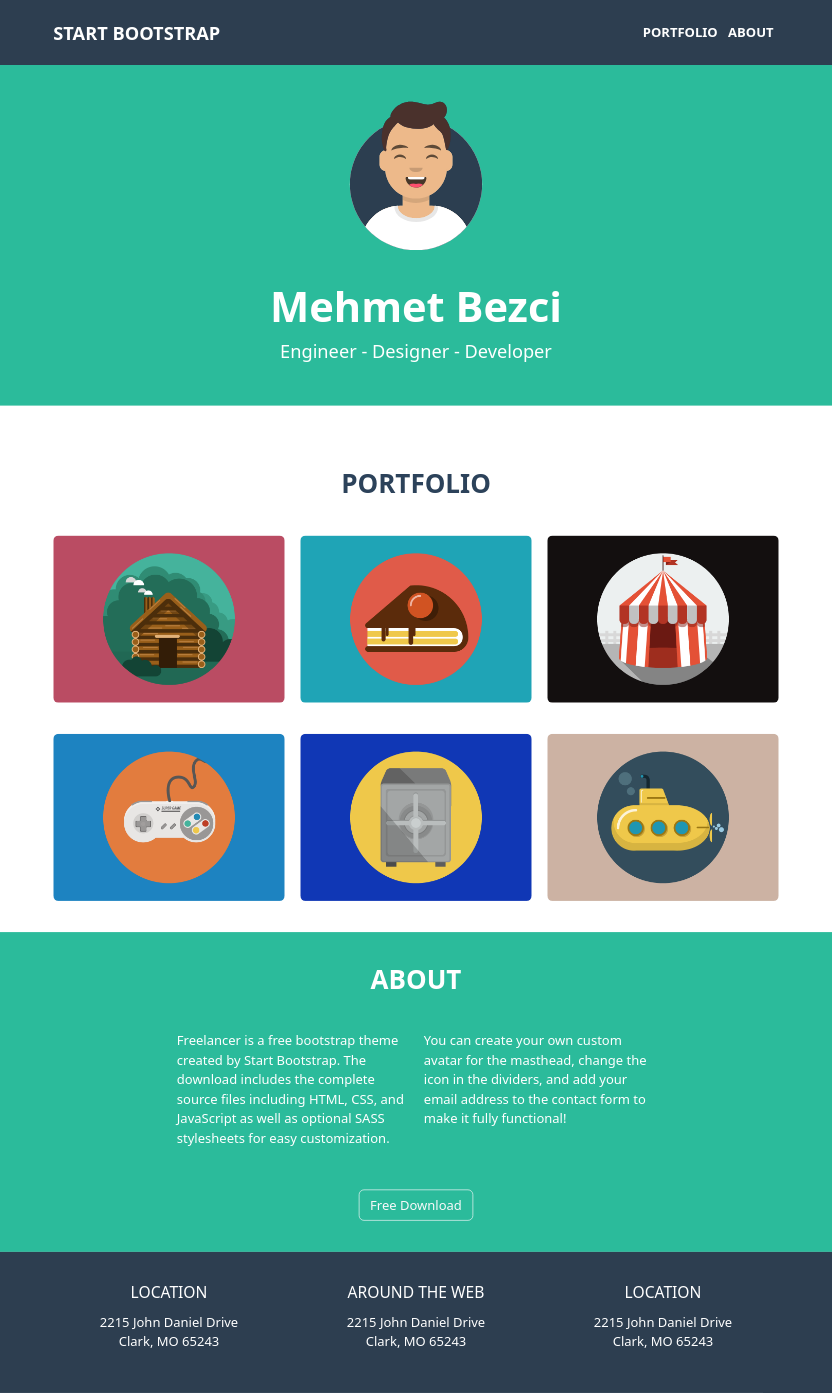
Repository: 7JaxeN7/WT-1255P-Mehmet_BEZC-
Page: index.html
An editor plug-in stored every save of this project. The page is shown before and after the next save, followed by the edit.
The browser window is 1280 px wide. The pictures show the whole page, at 65% of full size.

Above is the page before, as saved 2025-01-07 00:42:54.

### index.html
<!DOCTYPE html>
<html lang="tr">

<head>
  <meta charset="UTF-8">
  <meta name="viewport" content="width=device-width, initial-scale=1.0">
  <link rel="stylesheet" href="style.css">
  <link href="https://cdn.jsdelivr.net/npm/bootstrap@5.3.3/dist/css/bootstrap.min.css" rel="stylesheet"
    integrity="sha384-QWTKZyjpPEjISv5WaRU9OFeRpok6YctnYmDr5pNlyT2bRjXh0JMhjY6hW+ALEwIH" crossorigin="anonymous">
  <title>Start Bootstrap</title>
</head>

<body>
  <!-- Navbar -->
  <header>
    <nav class="navbar navbar-expand-lg navbar-bg">
      <div class="container pt-3 pb-3">
        <a class="navbar-brand text-white fw-bolder fs-3" href="#">START BOOTSTRAP</a>
        <button class="navbar-toggler" type="button" data-bs-toggle="collapse" data-bs-target="#navbarNav"
          aria-controls="navbarNav" aria-expanded="false" aria-label="Toggle navigation">
          <span class="navbar-toggler-icon"></span>
        </button>
        <div class="collapse navbar-collapse" id="navbarNav">
          <ul class="navbar-nav ms-auto">
            <li class="nav-item">
              <a class="nav-link text-white fw-bolder fs-5" href="#">PORTFOLIO</a>
            </li>
            <li class="nav-item">
              <a class="nav-link text-white fw-bolder fs-5" href="#">ABOUT</a>
            </li>
          </ul>
        </div>
      </div>
    </nav>
  </header>
  <!-- Herosection -->
  <div class="herosection-bg pt-5 pb-5">
    <div class="container text-center">
      <img src="/assets/img/avataaars.svg" width="20%" />
      <h1 class="mt-5 text-white fw-bolder display-3">Mehmet Bezci</h1>
      <p class="text-white fs-3">Engineer - Designer - Developer</p>
    </div>
  </div>
  <!-- Portfolio -->
  <div class="portfolio-section">
    <h2 class="text-center mt-5 pt-5 pb-5 fs-1 fw-semibold portfolio-tittle">PORTFOLIO</h2>
    <div class="container">
      <div class="row">
        <div class="col-12 col-md-6 col-lg-4 mb-5">
          <img src="/assets/img/cabin.png" class="img-fluid rounded-3">
        </div>
        <div class="col-12 col-md-6 col-lg-4 mb-5">
          <img src="/assets/img/cake.png" class="img-fluid rounded-3">
        </div>
        <div class="col-12 col-md-6 col-lg-4 mb-5">
          <img src="/assets/img/circus.png" class="img-fluid rounded-3">
        </div>
        <div class="col-12 col-md-6 col-lg-4 mb-5">
          <img src="/assets/img/game.png" class="img-fluid rounded-3">
        </div>
        <div class="col-12 col-md-6 col-lg-4 mb-5">
          <img src="/assets/img/safe.png" class="img-fluid rounded-3">
        </div>
        <div class="col-12 col-md-6 col-lg-4 mb-5">
          <img src="/assets/img/submarine.png" class="img-fluid rounded-3">
        </div>
      </div>
    </div>
  </div>
  <!-- About -->
  <div class="about-section">
    <div class="container">
      <h2 class="about-tittle fs-1 fw-semibold text-center pt-5 pb-5"> ABOUT</h2>
      <div class="row justify-content-center">
        <div class="col-lg-4 fs-5 text-white">
          <p>
            Freelancer is a free bootstrap theme created by Start Bootstrap. The download includes the complete source
            files including HTML, CSS, and JavaScript as well as optional SASS stylesheets for easy customization.
          </p>
        </div>
        <div class="col-lg-4 fs-5 text-white">
          <p>
            You can create your own custom avatar for the masthead, change the icon in the dividers, and add your email
            address to the contact form to make it fully functional!
          </p>
        </div>
      </div>
      <div class="d-flex justify-content-center">
        <button class="mt-5 mb-5 btn btn-outline-light btn-lg">Free Download</button>
      </div>
    </div>
  </div>
  <!-- Footer -->
  <footer>
    <div class="footer-section pt-5 pb-5">
      <div class="container">
        <div class="row">
          <div class="col-lg-4 text-center px-3">
            <h5 class="fs-4 text-white mb-3">LOCATION</h5>
            <p class="text-white fs-5 px-5">
              2215 John Daniel Drive
              Clark, MO 65243
            </p>
          </div>
          <div class="col-lg-4 text-center px-3">
            <h5 class="fs-4 text-white mb-3 text-uppercase">Around the Web</h5>
            <p class="text-white fs-5 px-5">
              2215 John Daniel Drive
              Clark, MO 65243
            </p>
          </div>
          <div class="col-lg-4 text-center px-3">
            <h5 class="fs-4 text-white mb-3">LOCATION</h5>
            <p class="text-white fs-5 px-5">
              2215 John Daniel Drive
              Clark, MO 65243
            </p>
          </div>
        </div>
      </div>
    </div>
  </footer>
  <!-- Burası bootstrap script kısmı -->
  <script src="https://cdn.jsdelivr.net/npm/bootstrap@5.3.3/dist/js/bootstrap.bundle.min.js"
    integrity="sha384-YvpcrYf0tY3lHB60NNkmXc5s9fDVZLESaAA55NDzOxhy9GkcIdslK1eN7N6jIeHz"
    crossorigin="anonymous"></script>
</body>

</html>

### style.css
.navbar-bg {
  background-color: #2d3e50 !important;
}
.herosection-bg{
    background-color: #2bbb9b ;
}
.portfolio-tittle{
    color: #2c425a;
}
.about-section{
    background-color: #2bbb9b ;
}
.about-tittle{
    color: #ffffff;
}
.footer-section{
    background-color: #2d3e50;
}

After the next save:
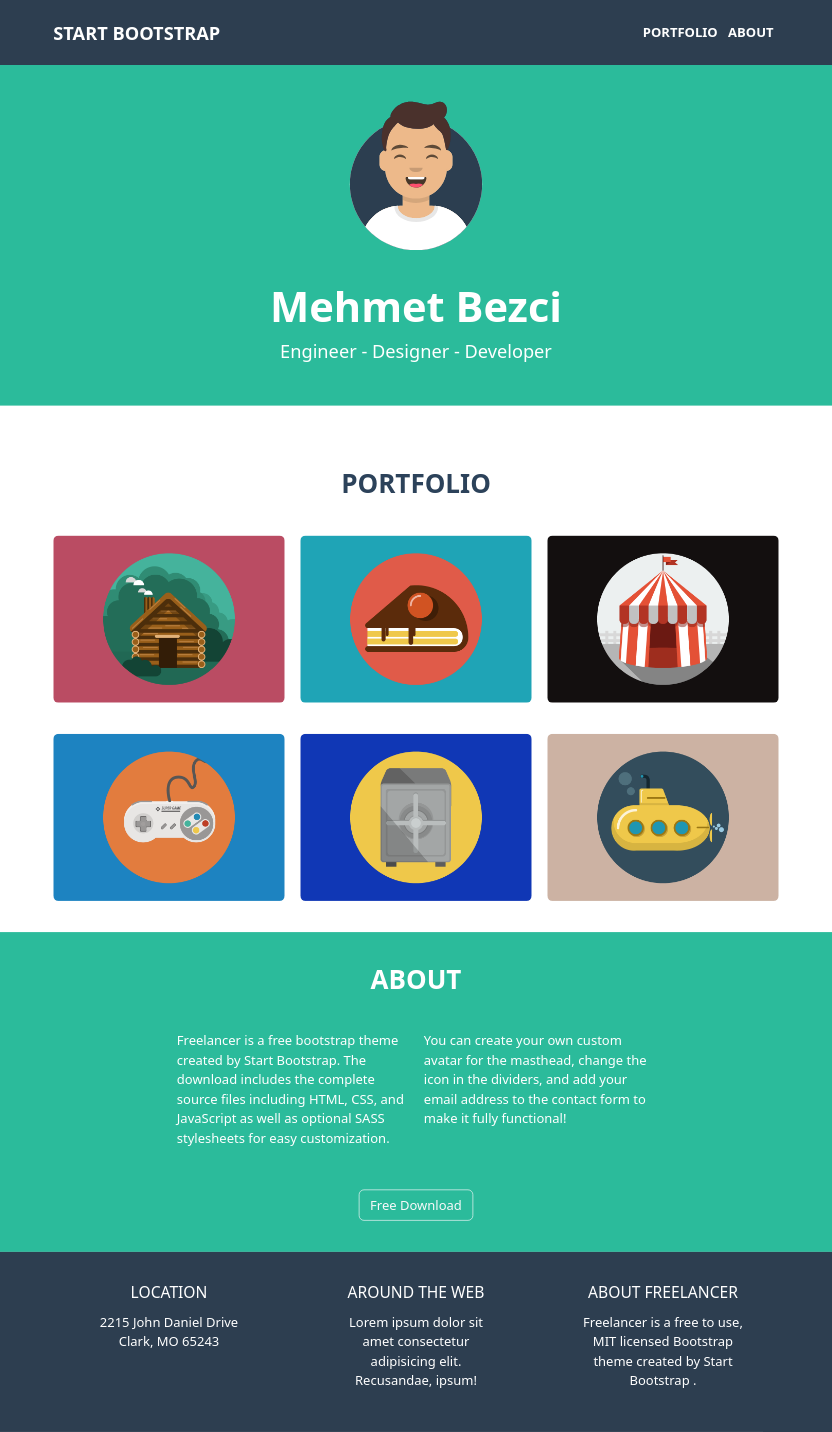
Saved 117 s later.
--- a/index.html
+++ b/index.html
@@ -98,22 +98,19 @@
           <div class="col-lg-4 text-center px-3">
             <h5 class="fs-4 text-white mb-3">LOCATION</h5>
             <p class="text-white fs-5 px-5">
-              2215 John Daniel Drive
-              Clark, MO 65243
+              2215 John Daniel Drive Clark, MO 65243
             </p>
           </div>
           <div class="col-lg-4 text-center px-3">
             <h5 class="fs-4 text-white mb-3 text-uppercase">Around the Web</h5>
             <p class="text-white fs-5 px-5">
-              2215 John Daniel Drive
-              Clark, MO 65243
+              Lorem ipsum dolor sit amet consectetur adipisicing elit. Recusandae, ipsum!
             </p>
           </div>
           <div class="col-lg-4 text-center px-3">
-            <h5 class="fs-4 text-white mb-3">LOCATION</h5>
+            <h5 class="fs-4 text-white mb-3 text-uppercase">About Freelancer</h5>
             <p class="text-white fs-5 px-5">
-              2215 John Daniel Drive
-              Clark, MO 65243
+              Freelancer is a free to use, MIT licensed Bootstrap theme created by Start Bootstrap .
             </p>
           </div>
         </div>
